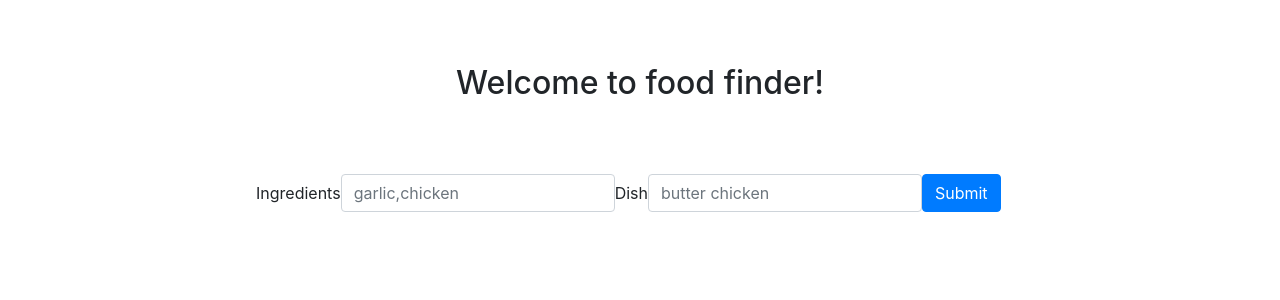
Repository: ratanparmar/receipesearch
Page: /
These files come from the project's save history. The page is drawn as it stood at one moment and after the next save; the edit follows.
The browser window is 1280 px wide. The pictures show the whole page.
The project was rebuilt for these pictures with package versions that can differ from the ones it lists, and the page was loaded fresh each time.

Above is the page before, as saved 2019-12-10 16:26:45.

### public/index.html
<!DOCTYPE html>
<html lang="en">
  <head>
    <meta charset="utf-8" />
    <link rel="icon" href="%PUBLIC_URL%/favicon.ico" />
    <meta name="viewport" content="width=device-width, initial-scale=1" />
    <meta name="theme-color" content="#000000" />
    <meta
      name="description"
      content="Web site created using create-react-app"
    />
    <link rel="apple-touch-icon" href="%PUBLIC_URL%/logo192.png" />
    <!--
      manifest.json provides metadata used when your web app is installed on a
      user's mobile device or desktop. See https://developers.google.com/web/fundamentals/web-app-manifest/
    -->
    <link rel="manifest" href="%PUBLIC_URL%/manifest.json" />
    <!--
      Notice the use of %PUBLIC_URL% in the tags above.
      It will be replaced with the URL of the `public` folder during the build.
      Only files inside the `public` folder can be referenced from the HTML.

      Unlike "/favicon.ico" or "favicon.ico", "%PUBLIC_URL%/favicon.ico" will
      work correctly both with client-side routing and a non-root public URL.
      Learn how to configure a non-root public URL by running `npm run build`.
    -->
    <link rel="stylesheet" href="https://stackpath.bootstrapcdn.com/bootstrap/4.3.1/css/bootstrap.min.css" integrity="sha384-ggOyR0iXCbMQv3Xipma34MD+dH/1fQ784/j6cY/iJTQUOhcWr7x9JvoRxT2MZw1T" crossorigin="anonymous">

    <title>React App</title>
  </head>
  <body>
    <noscript>You need to enable JavaScript to run this app.</noscript>
    <div id="root"></div>
    <!--
      This HTML file is a template.
      If you open it directly in the browser, you will see an empty page.

      You can add webfonts, meta tags, or analytics to this file.
      The build step will place the bundled scripts into the <body> tag.

      To begin the development, run `npm start` or `yarn start`.
      To create a production bundle, use `npm run build` or `yarn build`.
    -->
  </body>
</html>

### src/index.js
import React from 'react'
import ReactDOM from 'react-dom'
import App from './components/App'
ReactDOM.render( <App/>,document.getElementById('root'))

### src/components/App.js
import React , { Component } from 'react'

import Searchbar from './Searchbar'
import '../style/index.css'

class App extends Component{
    render(){
        return(
            <div>
                <h2> Welcome to food finder!
                </h2>
                <div className="App">
                    <Searchbar/>
                </div>
            </div>
        )
    }
}

export default App;

### src/components/Searchbar.js
import React,{ Component } from 'react'
import {Form, FormControl,FormGroup,FormLabel,Button} from 'react-bootstrap'

class Searchbar extends Component{
    render(){
        // Use FormLable in place off ControlLabel
        return(
            <Form inline>
                <FormGroup>
                    <FormLabel>Ingredients</FormLabel>
                    {''}
                        <FormControl type="text" placeholder='garlic,chicken'/>
                </FormGroup>
                {''}
                <FormGroup>
                    <FormLabel>Dish</FormLabel>
                    {''}
                    <FormControl type="text" placeholder='butter chicken'/>
                </FormGroup>
                {''}
                <Button>Submit</Button>
            </Form>
        )
    }
}
export default Searchbar;

### src/style/index.css
body{
    text-align: center;

    padding-top: 5%;
}
.App{
    padding-top: 5%;
    padding-left: 20%;
}

After the next save:
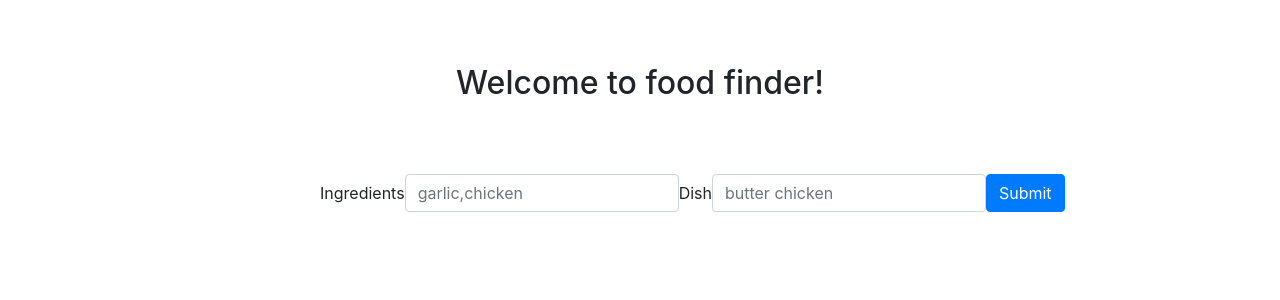
Saved 4 s later.
--- a/src/style/index.css
+++ b/src/style/index.css
@@ -5,5 +5,5 @@ body{
 }
 .App{
     padding-top: 5%;
-    padding-left: 20%;
+    padding-left: 25%;
 }
